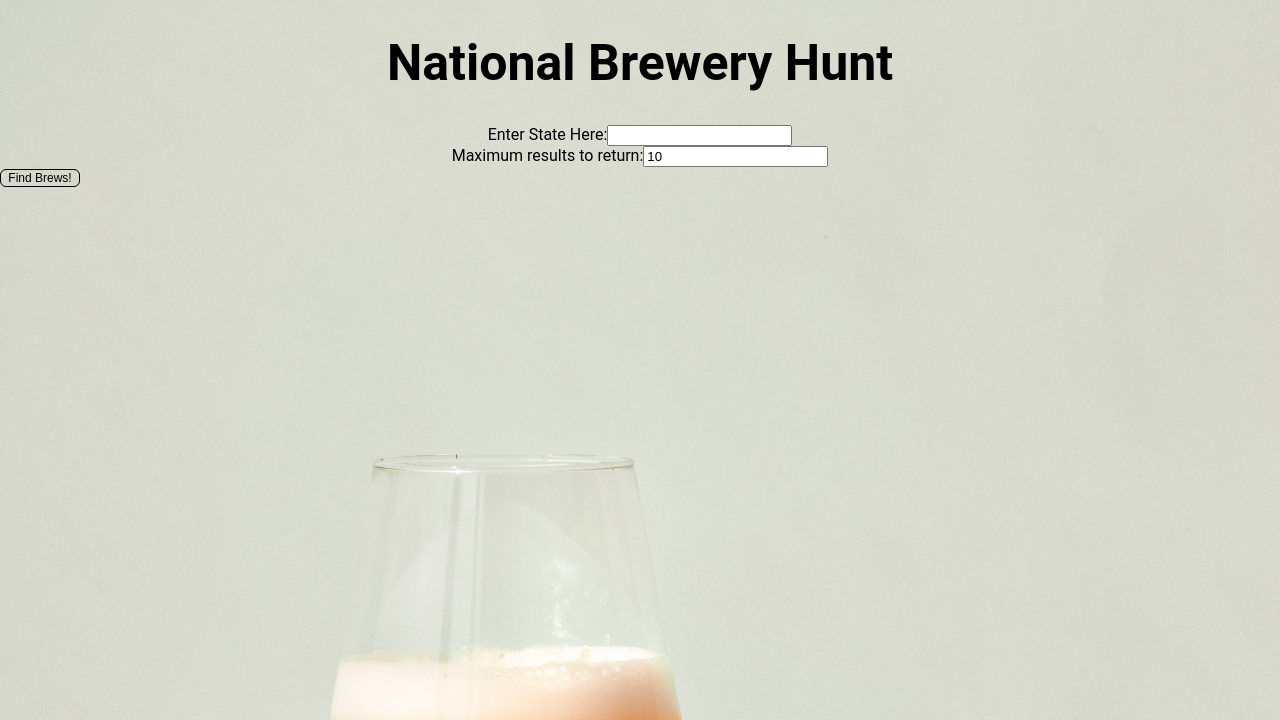
Repository: kaitlynMidori/searchBrews
Page: index.html
An editor plug-in stored every save of this project. The page is shown before and after the next save, followed by the edit.
The browser window is 1280 px wide. The pictures show the whole page.

Above is the page before, as saved 2021-01-08 14:09:44.

After the next save:
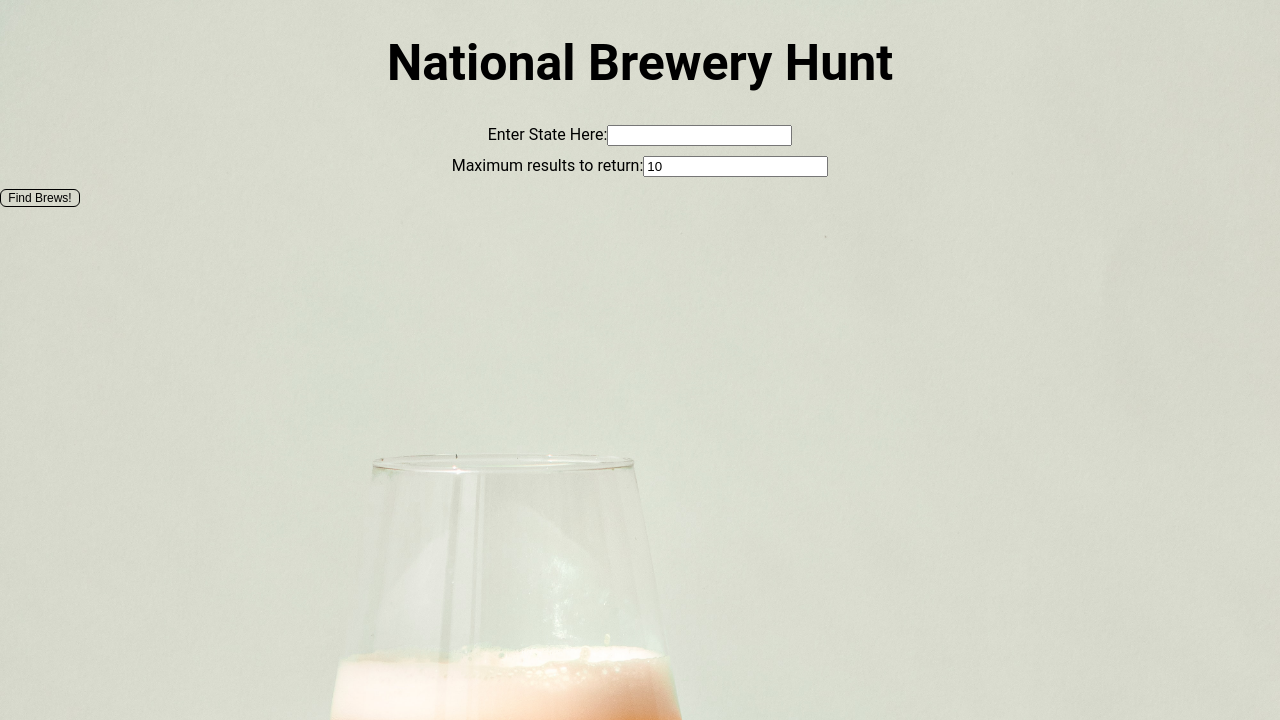
Saved 12 s later.
--- a/style.css
+++ b/style.css
@@ -51,7 +51,7 @@ p {
     display: flex;
     width: auto;
     justify-content: center;
-    margin: 0 10px 0 10px;
+    margin: 10px 0 10px ;
 }
 
 
